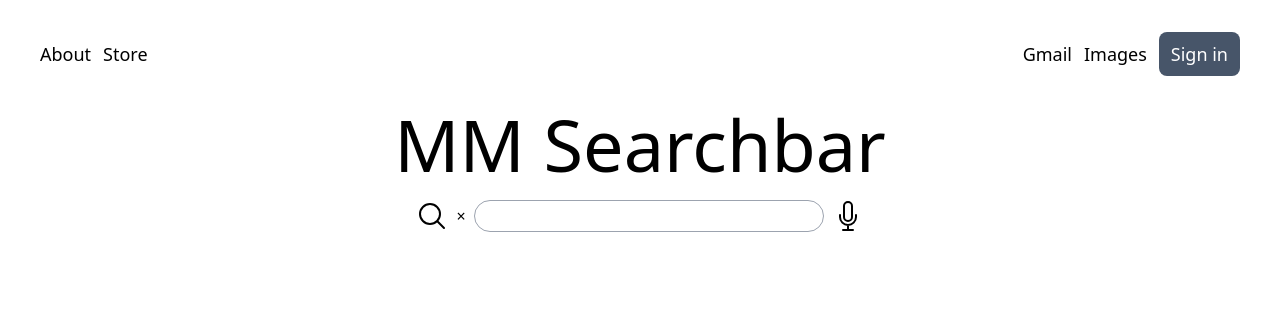
Repository: michalmilek/minigoogle
Page: /
An editor plug-in stored every save of this project. The page is shown before and after the next save, followed by the edit.
The browser window is 1280 px wide. The pictures show the whole page.
The page's requests for data from a server got no answer. The project was rebuilt for these pictures with package versions that can differ from the ones it lists, and the page was loaded fresh each time. The framework's server and built-in components were replaced by stand-ins that run in the browser. No one was signed in, and anything a server would have sent is missing. Also part of the build but not shown: next.config.js.

Above is the page before, as saved 2023-02-13 13:26:27.

### pages/_app.tsx
import '@/styles/globals.css'
import type { AppProps } from 'next/app'
import { SessionProvider } from "next-auth/react";

export default function App({ Component, pageProps }: AppProps) {
  return (
    <SessionProvider
      // Provider options are not required but can be useful in situations where
      // you have a short session maxAge time. Shown here with default values.
      session={pageProps.session}>
      <Component {...pageProps} />
    </SessionProvider>
  );
}

### pages/index.tsx
import Header from "@/components/Header";
import Head from "next/head";
import Image from "next/image";
import {
  MagnifyingGlassIcon,
  MicrophoneIcon,
} from "@heroicons/react/24/outline";

export default function Home() {
  return (
    <div>
      <Head>
        <title>Create Next App</title>
        <meta
          name="description"
          content="Generated by create next app"
        />
        <meta
          name="viewport"
          content="width=device-width, initial-scale=1"
        />
        <link
          rel="icon"
          href="/favicon.ico"
        />
      </Head>
      <Header />

      <form className="flex flex-col items-center justify-center gap-5">
        <h1 className="text-7xl">MM Searchbar</h1>
        <div className="flex relative gap-2">
          <MagnifyingGlassIcon className="h-8" />
          <button className="">&times;</button>
          <input
            type="text"
            className="border text-base w-[350px] px-4 border-gray-400 rounded-full"
          />
          <MicrophoneIcon className="h-8" />
        </div>
      </form>
    </div>
  );
}

### components/Header.tsx
import Link from "next/link";
import React from "react";
import User from "./User";

const Header = () => {
  return (
    <header className="min-w-[100vw] flex justify-between items-center px-10 py-8 text-lg">
      <ul className="flex gap-3">
        <Link href={"/"}>
          <li>About</li>
        </Link>
        <Link href={"/"}>
          <li>Store</li>
        </Link>
      </ul>

      <ul className="flex items-center gap-3">
        <Link href={"/"}>
          <li>Gmail</li>
        </Link>
        <Link href={"/"}>
          <li>Images</li>
        </Link>
        <li>
          <User />
        </li>
      </ul>
    </header>
  );
};

export default Header;

### components/User.tsx
import React from "react";
import { useSession, signIn, signOut } from "next-auth/react";

const User = () => {
  const { data: session } = useSession();
  console.log(session);
  return (
    <>
      {session ? (
        <img
          onClick={() => signOut()}
          src={session.user?.image!}
          alt={session.user?.name!}
          className="h-[50px] w-[50px] object-cover rounded-full"
        />
      ) : (
        <button
          className="bg-slate-600 text-white px-3 py-2 rounded-lg"
          onClick={() => signIn()}>
          Sign in
        </button>
      )}
    </>
  );
};

export default User;

Loaded but not shown: pages/_document.tsx (common file); styles/globals.css (common file); tailwind.config.js (common file)

After the next save:
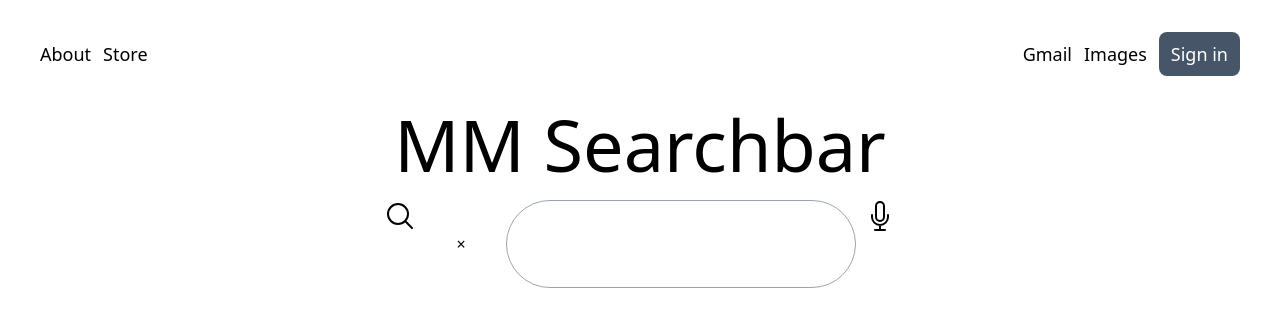
Saved 10 s later.
--- a/pages/index.tsx
+++ b/pages/index.tsx
@@ -30,7 +30,7 @@
         <h1 className="text-7xl">MM Searchbar</h1>
         <div className="flex relative gap-2">
           <MagnifyingGlassIcon className="h-8" />
-          <button className="">&times;</button>
+          <button className="p-8">&times;</button>
           <input
             type="text"
             className="border text-base w-[350px] px-4 border-gray-400 rounded-full"
